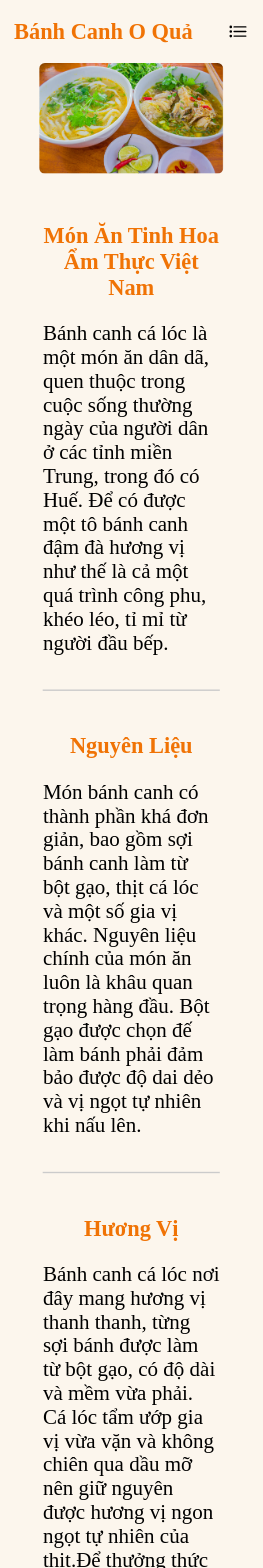
Repository: LeCongTuan2608/AmThuc
Page: public/index.html
An editor plug-in stored every save of this project. The page is shown before and after the next save, followed by the edit.
The browser window is 375 px wide. The pictures show the part of the page from y = 0 to 2240 px (the page is 4384 px tall before and 4379 px after), at 70% of full size.
Some web fonts or font styles are not loaded; a fallback is used. The style sheet was rebuilt from its Sass, Less or Tailwind sources for each picture, by a compiler version that may differ from the author's.

Above is the page before, as saved 2022-04-15 12:09:58.

After the next save:
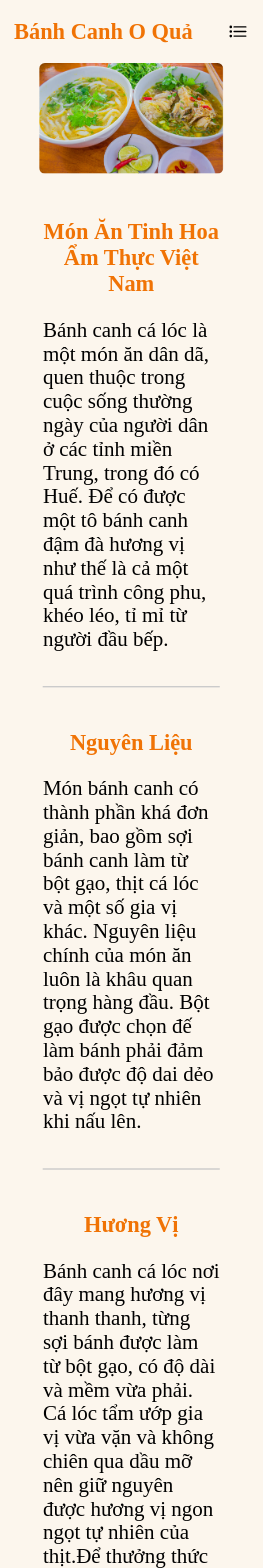
Saved 7 s later.
--- a/sass/index.scss
+++ b/sass/index.scss
@@ -85,6 +85,6 @@ footer{
     #contents{
         width: auto;
         height: auto;
-        padding: 10px 5px 10px 5px;
+        padding: 5px 5px 10px 5px;
     }
 }
